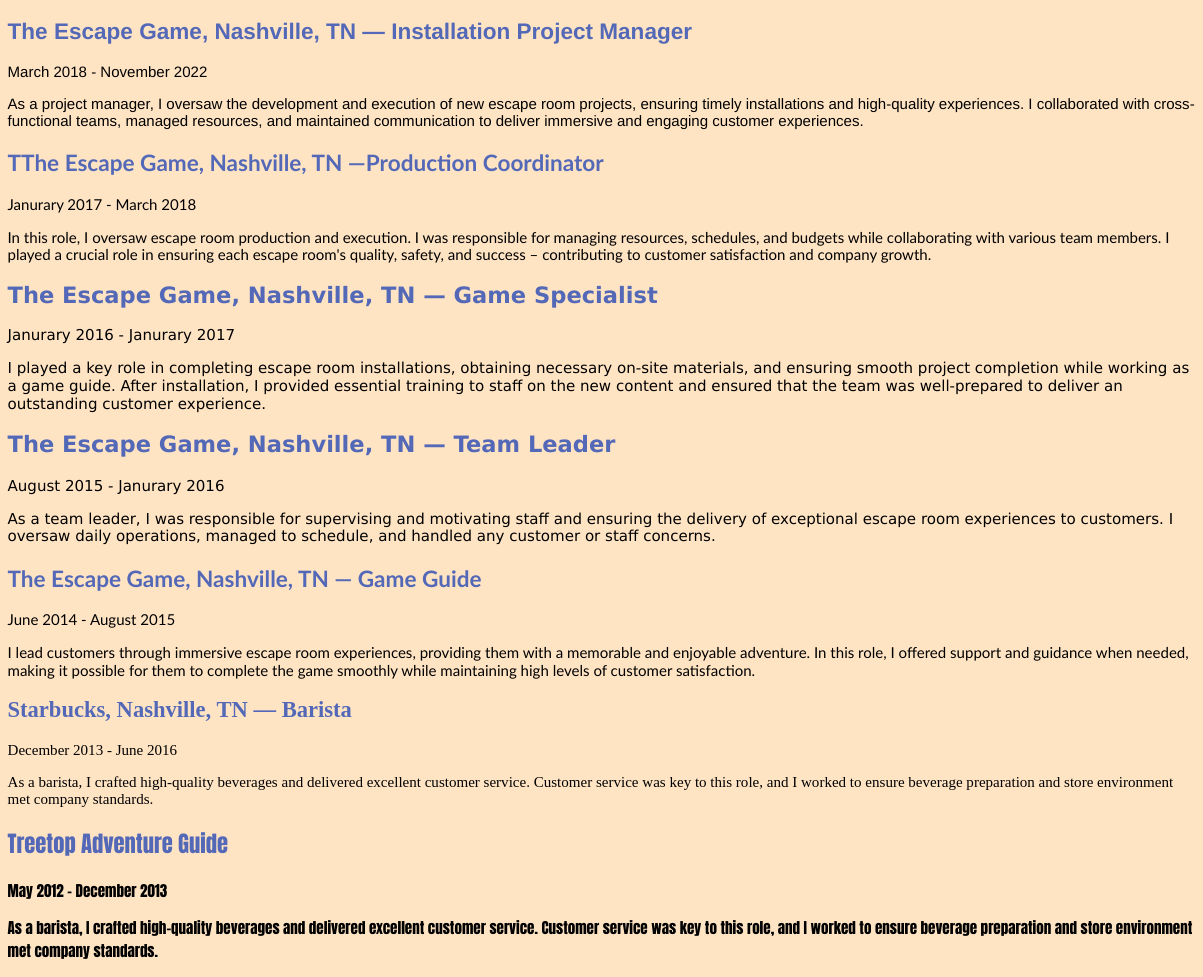
Repository: jgramirez0210/LAB-HTML-Resume
Page: index.html
These files come from the project's save history. The page is drawn as it stood at one moment and after a run of saves; the edit follows.
The browser window is 1280 px wide. The pictures show the whole page, at 94% of full size.

Above is the page before, as saved 2023-10-10 15:29:03.

After the next 7 saves:
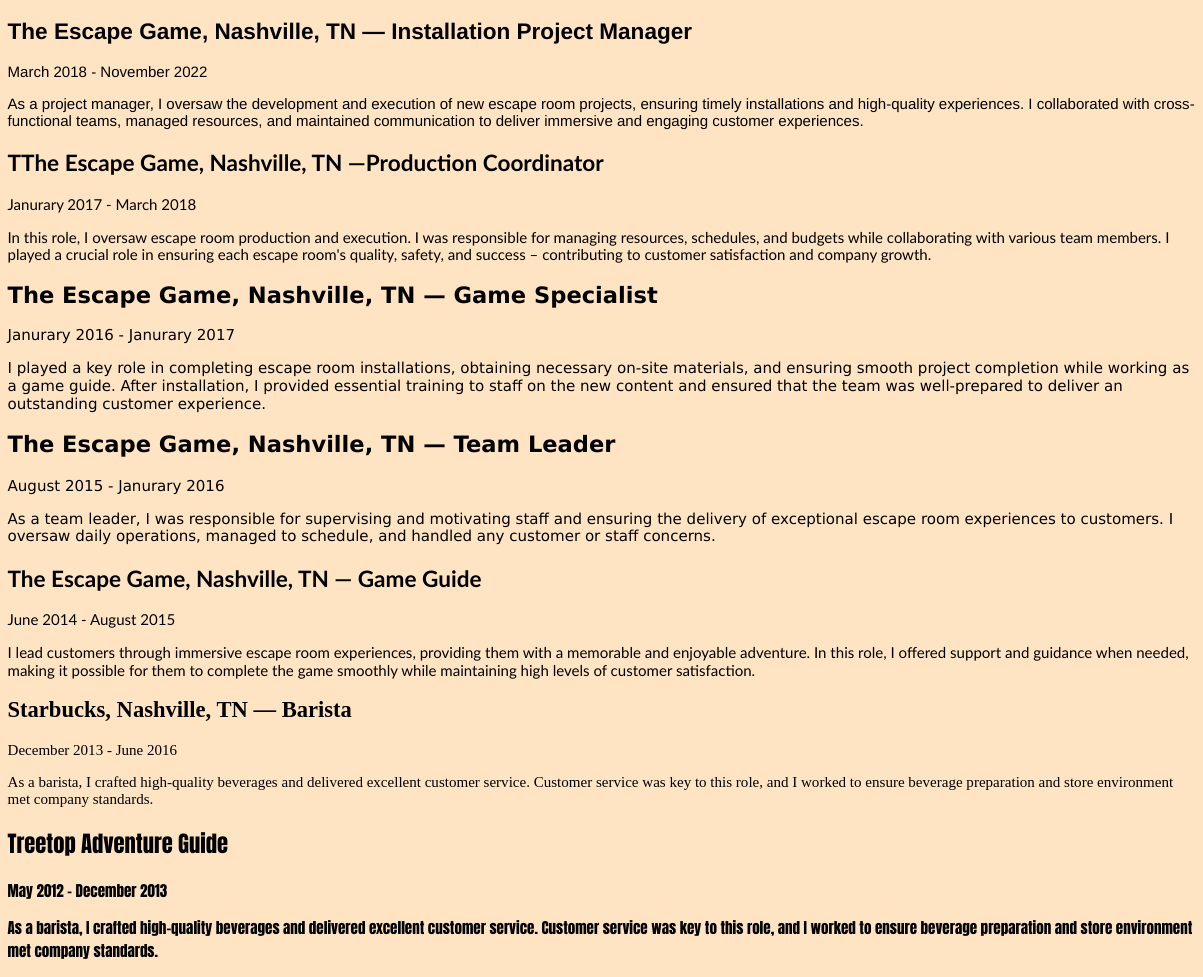
The 7 saves are shown as one change because they came seconds apart.
The last was saved 35 s later.
--- a/main.css
+++ b/main.css
@@ -20,7 +20,7 @@
   font-family:Impact, Haettenschweiler, 'Arial Narrow Bold', sans-serif
 }
 h2 {
-  color: #5368b7;;
+  color: ##36454f;
 }
 body {
 background-color: bisque;
